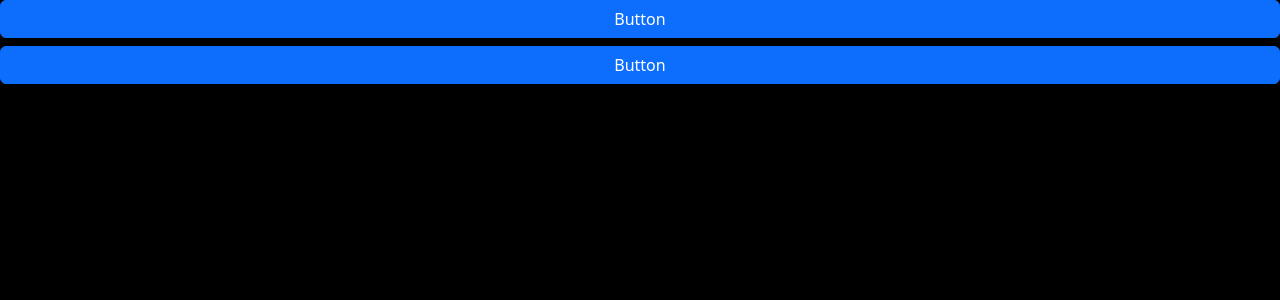
Repository: Drumstrum88/LAB-link-in-bio
Page: index.html
The author's editor kept a copy of each file at every save. The page is drawn from the files as they stood at one save, then again after the next save.
The browser window is 1280 px wide. The pictures show the whole page.

Above is the page before, as saved 2023-04-15 12:59:45.

### index.html
<!DOCTYPE html>
<html lang="en">
<head>
  <meta charset="UTF-8">
  <meta http-equiv="X-UA-Compatible" content="IE=edge">
  <meta name="viewport" content="width=device-width, initial-scale=1.0">
  <title>Document</title>
  <link href="https://cdn.jsdelivr.net/npm/bootstrap@5.3.0-alpha3/dist/css/bootstrap.min.css" rel="stylesheet" integrity="sha384-KK94CHFLLe+nY2dmCWGMq91rCGa5gtU4mk92HdvYe+M/SXH301p5ILy+dN9+nJOZ" crossorigin="anonymous">
</head>
 <link rel="stylesheet" href="main.css">
</head>
<body>
  <div class="d-grid gap-2">
    <button class="btn btn-primary" type="button">Button</button>
    <button class="btn btn-primary" type="button">Button</button>
  </div>

  <script src="https://cdn.jsdelivr.net/npm/bootstrap@5.3.0-alpha3/dist/js/bootstrap.bundle.min.js" integrity="sha384-ENjdO4Dr2bkBIFxQpeoTz1HIcje39Wm4jDKdf19U8gI4ddQ3GYNS7NTKfAdVQSZe" crossorigin="anonymous"></script>
  </body>
  <script src="main.js"></script>
</body>
</html>

### main.js
console.log("This is a console log for the link in bio exercise. Hi Ryan, Dr. T and whoever else looks at this!");

Loaded but not shown: main.css (common file)

After the next save:
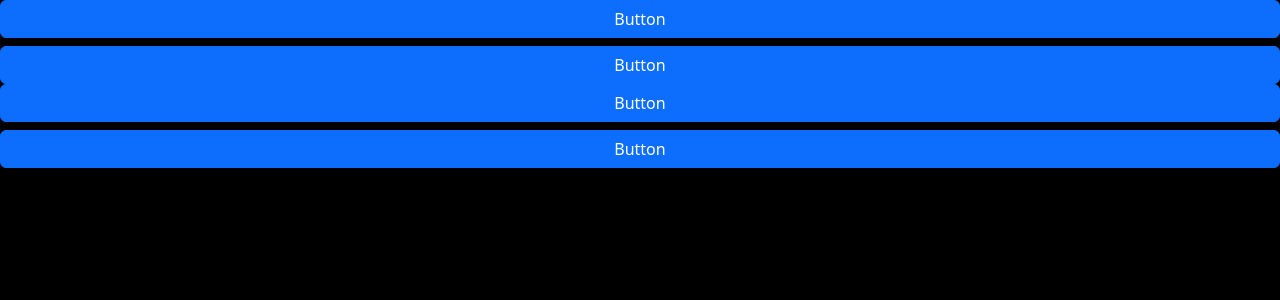
Saved 29 s later.
--- a/index.html
+++ b/index.html
@@ -14,7 +14,10 @@
     <button class="btn btn-primary" type="button">Button</button>
     <button class="btn btn-primary" type="button">Button</button>
   </div>
-
+  <div class="d-grid gap-2">
+    <button class="btn btn-primary" type="button">Button</button>
+    <button class="btn btn-primary" type="button">Button</button>
+  </div>
   <script src="https://cdn.jsdelivr.net/npm/bootstrap@5.3.0-alpha3/dist/js/bootstrap.bundle.min.js" integrity="sha384-ENjdO4Dr2bkBIFxQpeoTz1HIcje39Wm4jDKdf19U8gI4ddQ3GYNS7NTKfAdVQSZe" crossorigin="anonymous"></script>
   </body>
   <script src="main.js"></script>
